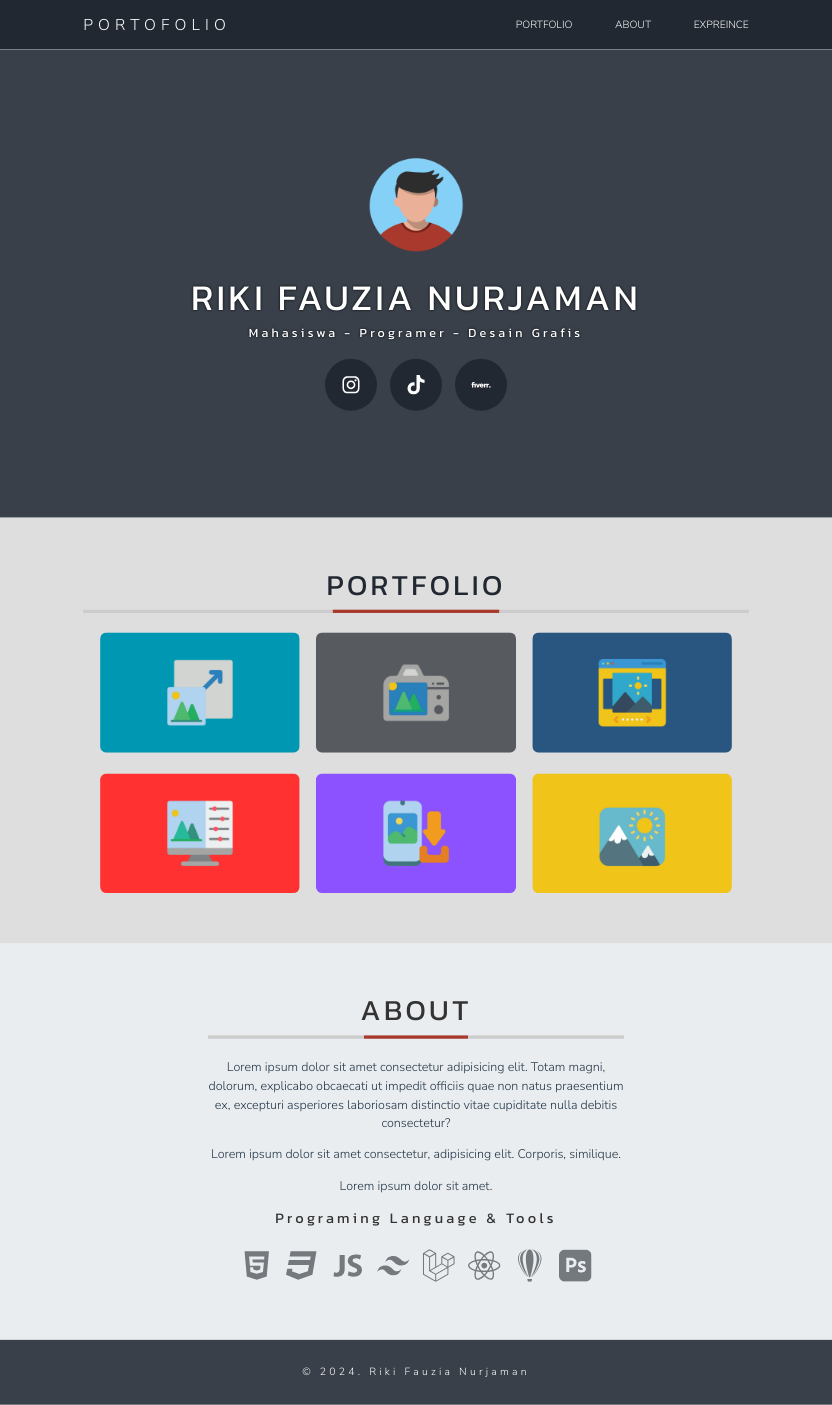
Repository: sellayspy/Portofolio
Page: /
These files come from the project's save history. The page is drawn as it stood at one moment and after the next save; the edit follows.
The browser window is 1280 px wide. The pictures show the whole page, at 65% of full size.
The project was rebuilt for these pictures with package versions that can differ from the ones it lists, and the page was loaded fresh each time. Also part of the build but not shown: vite.config.js, src/styles/DetailPortfolio.css, src/pages/DetailPortfolio.jsx.

Above is the page before, as saved 2024-09-13 21:48:57.

After the next save:
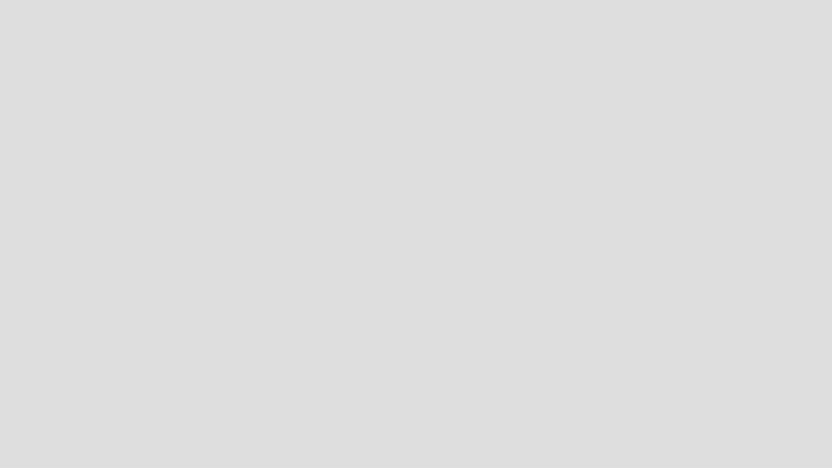
Console error: ReferenceError: skill is not defined
Saved 75 s later.
--- a/src/data/DataPortfolio.jsx
+++ b/src/data/DataPortfolio.jsx
@@ -8,11 +8,15 @@
 export const portfolioList = [
   {
     id: "1",
+    title: "Website Portofolio",
     image: portfolio1,
+    skill: "html, css, javascript",
   },
   {
     id: "2",
+    title: "Website Portofolio2",
     image: portfolio2,
+    skill,
   },
   {
     id: "3",

After the 2 saves that followed:
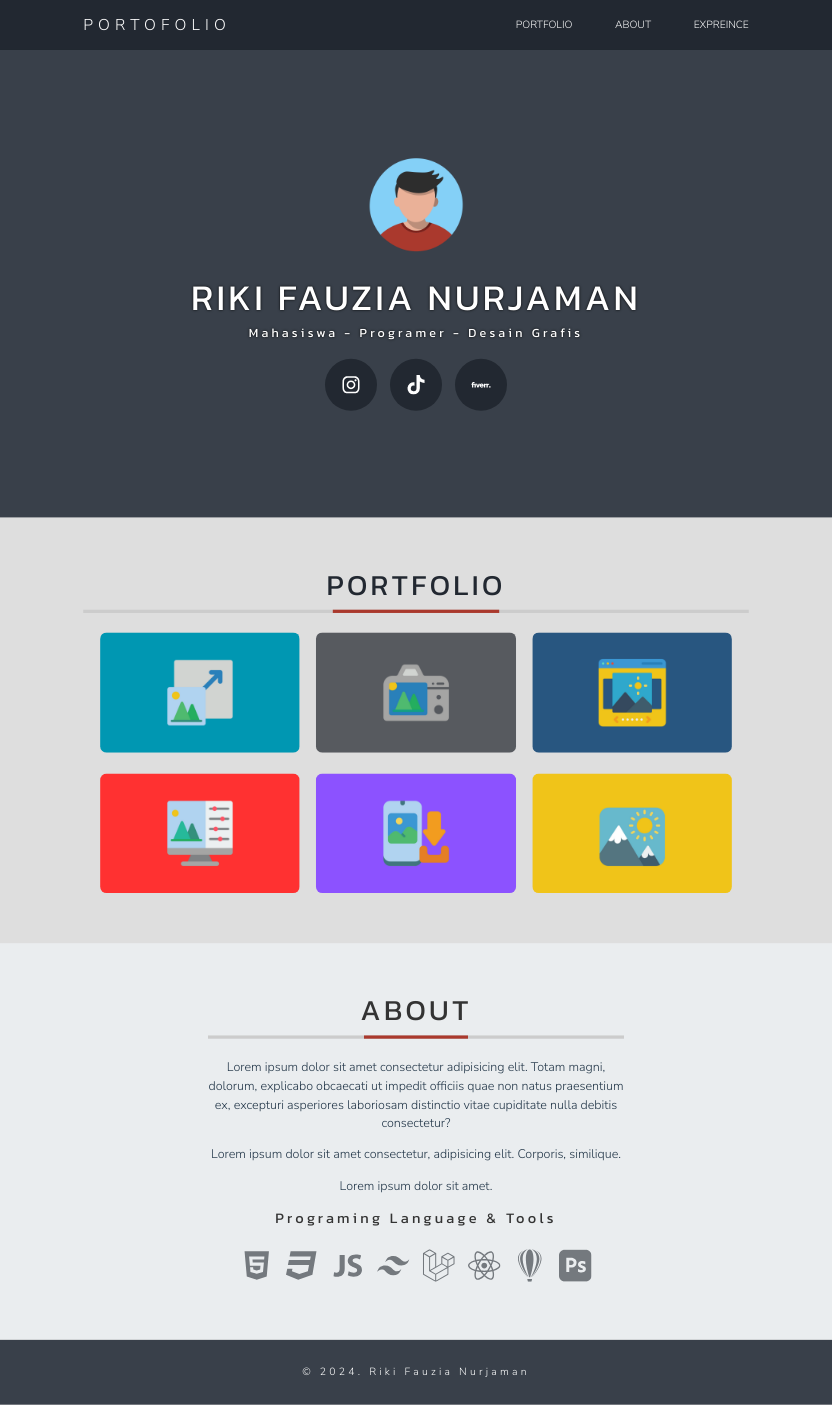
The error is gone.
The 2 saves are shown as one change because 1 did not build or start.
The last was saved 40 s later.
--- a/src/data/DataPortfolio.jsx
+++ b/src/data/DataPortfolio.jsx
@@ -16,7 +16,7 @@
     id: "2",
     title: "Website Portofolio2",
     image: portfolio2,
-    skill,
+    skill: "laravel, react, api, typescript, tailwind",
   },
   {
     id: "3",
